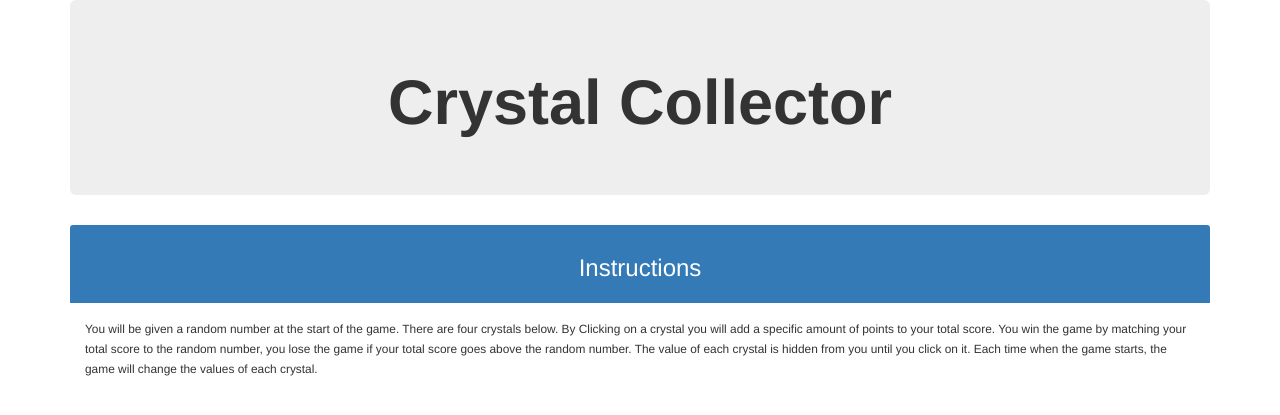
Repository: mikecherry1/week-4-game
Page: index.html
An editor plug-in stored every save of this project. The page is shown before and after the next save, followed by the edit.
The browser window is 1280 px wide. The pictures show the whole page.

Above is the page before, as saved 2017-11-19 18:24:02.

### index.html
<!doctype html>
<html lang="en">
  <head>

    <!-- Required meta tags -->
    <meta charset="utf-8">
    <meta name="viewport" content="width=device-width, initial-scale=1, shrink-to-fit=no">

    <!-- Bootstrap CSS -->
    <link rel="stylesheet" <link href="https://maxcdn.bootstrapcdn.com/bootstrap/3.3.7/css/bootstrap.min.css" rel="stylesheet" integrity="sha384-BVYiiSIFeK1dGmJRAkycuHAHRg32OmUcww7on3RYdg4Va+PmSTsz/K68vbdEjh4u"
        crossorigin="anonymous">
  </head>
  <body>

    <div class="container">

        <div class="jumbotron" "style background-color: purple; color: white;">
        <div class="container">
            <h1 class="text-center"><strong>Crystal Collector</strong></h1>
        </div>
    </div>

    <div class="row">

        <div class="col-lg-12">

            <div class="panel-primary">
                <div class="panel-heading text-center">
                    <h3>Instructions</h3>
                </div>
                <div class="panel-body">
                    <p><small>You will be given a random number at the start of the game. There are four crystals below. By Clicking on a crystal you will add a specific amount of points to your total score. You win the game by matching your total score to the random number, you lose the game if your total score goes above the random number. The value of each crystal is hidden from you until you click on it. Each time when the game starts, the game will change the values of each crystal.</small></p>
            </div>


        </div>

    </div>



    </div>



  </body>
</html>

After the next save:
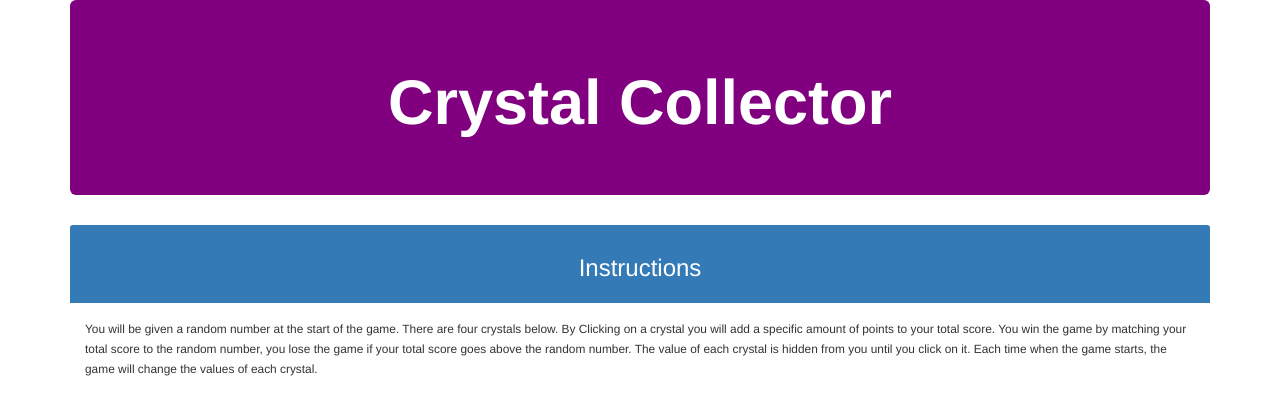
Saved 53 s later.
--- a/index.html
+++ b/index.html
@@ -14,7 +14,7 @@
 
     <div class="container">
 
-        <div class="jumbotron" "style background-color: purple; color: white;">
+        <div class="jumbotron" style= "background-color: purple; color: white;">
         <div class="container">
             <h1 class="text-center"><strong>Crystal Collector</strong></h1>
         </div>
